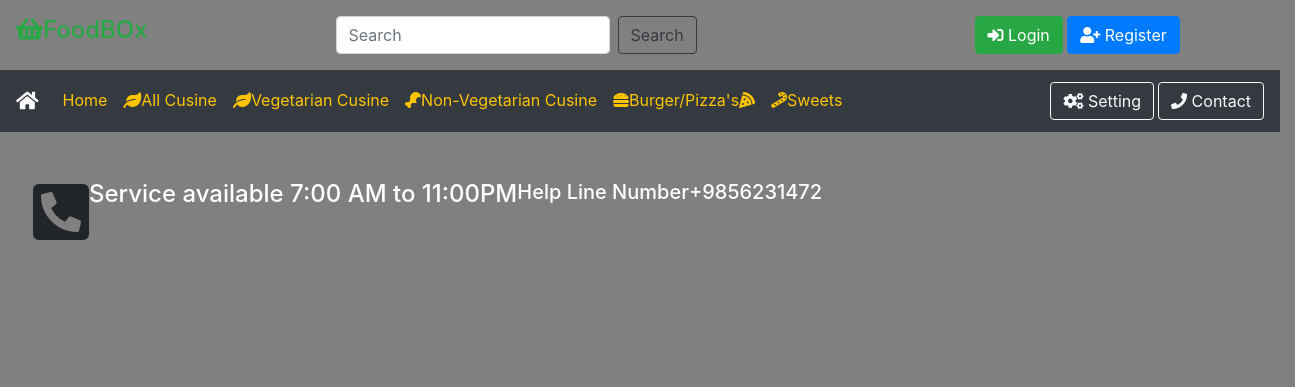
Repository: debjaniprofessional32/Capstone-Final-FoodBox-Delivery-Project
Page: http://localhost/OnlinFoodBOX/helpcenter.jsp
These files come from the project's save history. The page is drawn as it stood at one moment and after the next save; the edit follows.
The browser window is 1280 px wide. The page is 1295 px wide, then 1280 px, so the pictures cover 1295 px, including what lies to the right of the window. The pictures show the whole page.
Some web libraries are served in a nearby version. The page is served by Tomcat 9.

Above is the page before, as saved 2022-12-23 13:26:42.

After the next save:
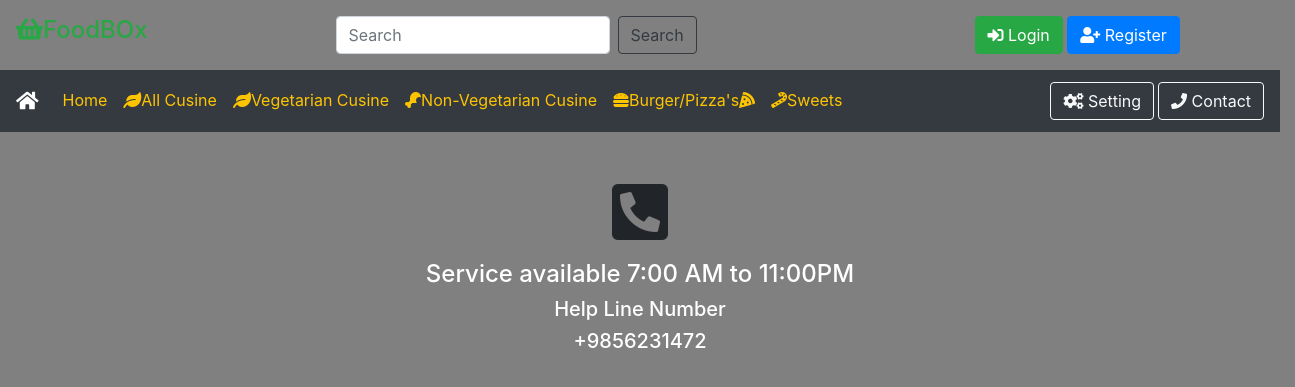
Saved 37 s later.
--- a/OnlinFoodBOX/src/main/webapp/helpcenter.jsp
+++ b/OnlinFoodBOX/src/main/webapp/helpcenter.jsp
@@ -9,8 +9,8 @@
 </head>
 <body>
 <%@include file="all_Component/navbar.jsp"%>
-<div class=" row p-5">
-<center><i class=" fas fa-phone-square-alt fa-4x   "></i></center>
+<div class=" justify-content-center p-5">
+<center><i class=" fas fa-phone-square-alt fa-4x  "></i></center>
 <p>
 <h4 class="text-center text-white" >Service available 7:00 AM to 11:00PM</h4>
 <h5 class="text-center text-white">Help Line Number</h5>
